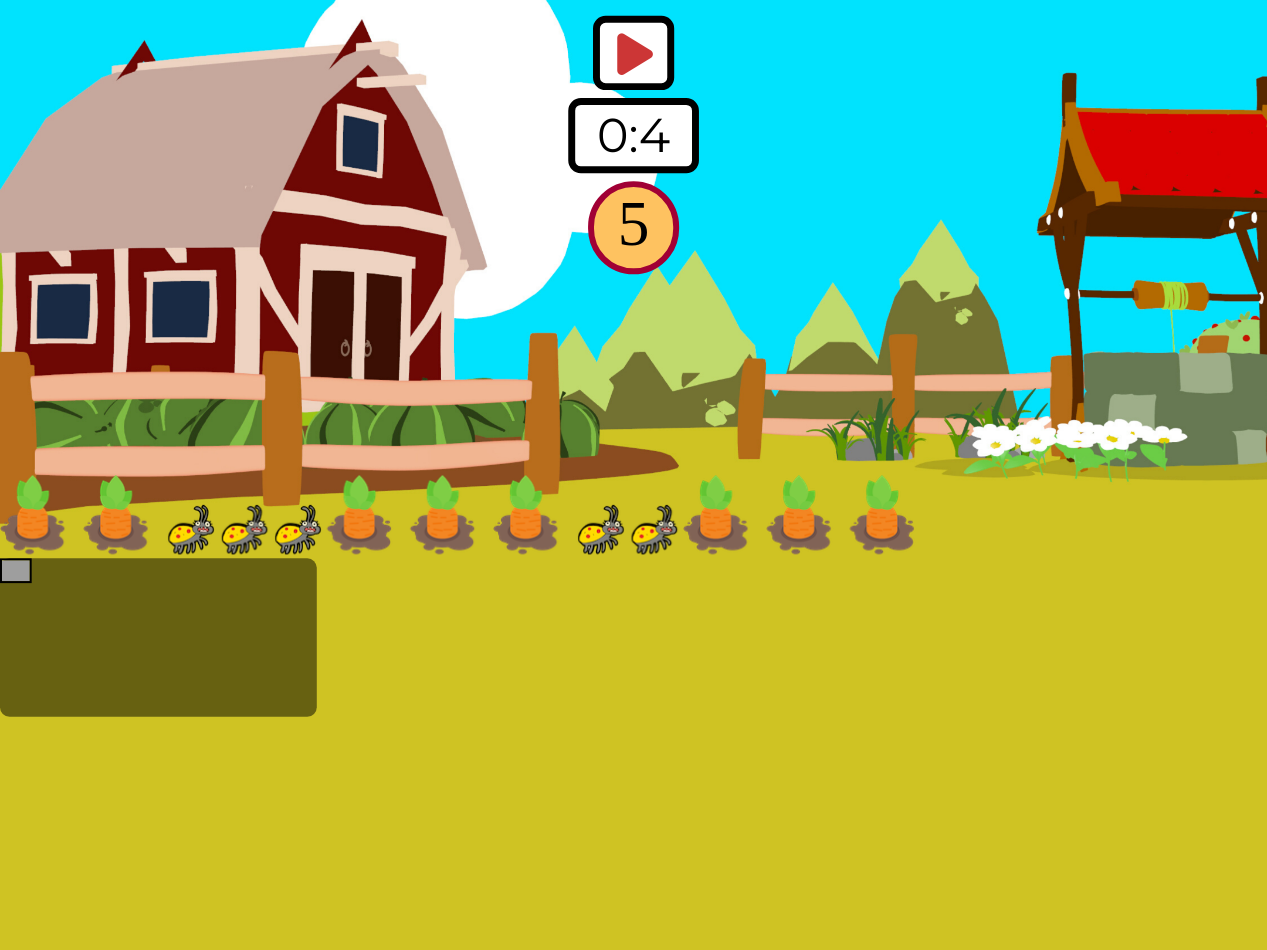
Repository: sephinejo/Mini-carrot-game
Page: index.html
These files come from the project's save history. The page is drawn as it stood at one moment and after the next save; the edit follows.
The browser window is 1280 px wide. The pictures show the whole page, at 99% of full size.
Pictures or frames that could not be fetched are drawn as grey boxes. Some web fonts or font styles are not loaded; a fallback is used. Some web libraries are served in a nearby version.

Above is the page before, as saved 2023-05-14 23:13:29.

After the next save:
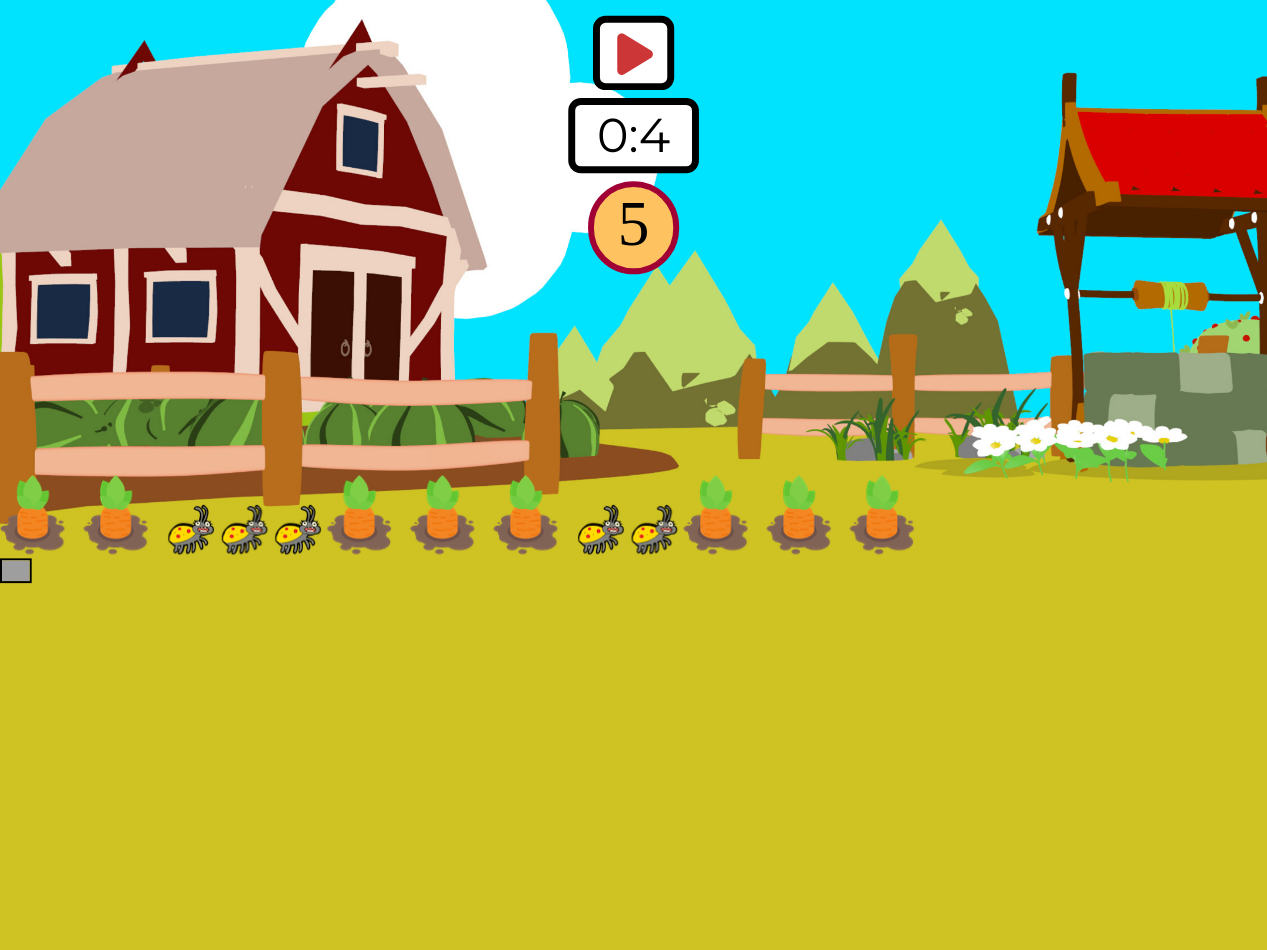
Saved 5 s later.
--- a/index.html
+++ b/index.html
@@ -42,7 +42,7 @@
         <img class="carrot" src="img/carrot.png" alt="carrot" />
         <img class="carrot" src="img/carrot.png" alt="carrot" />
       </div>
-      <div class="info__message">
+      <div class="end__message">
         <img class="replay" src="img/replay.png" alt="replay" />
       </div>
     </div>

After the save that followed:
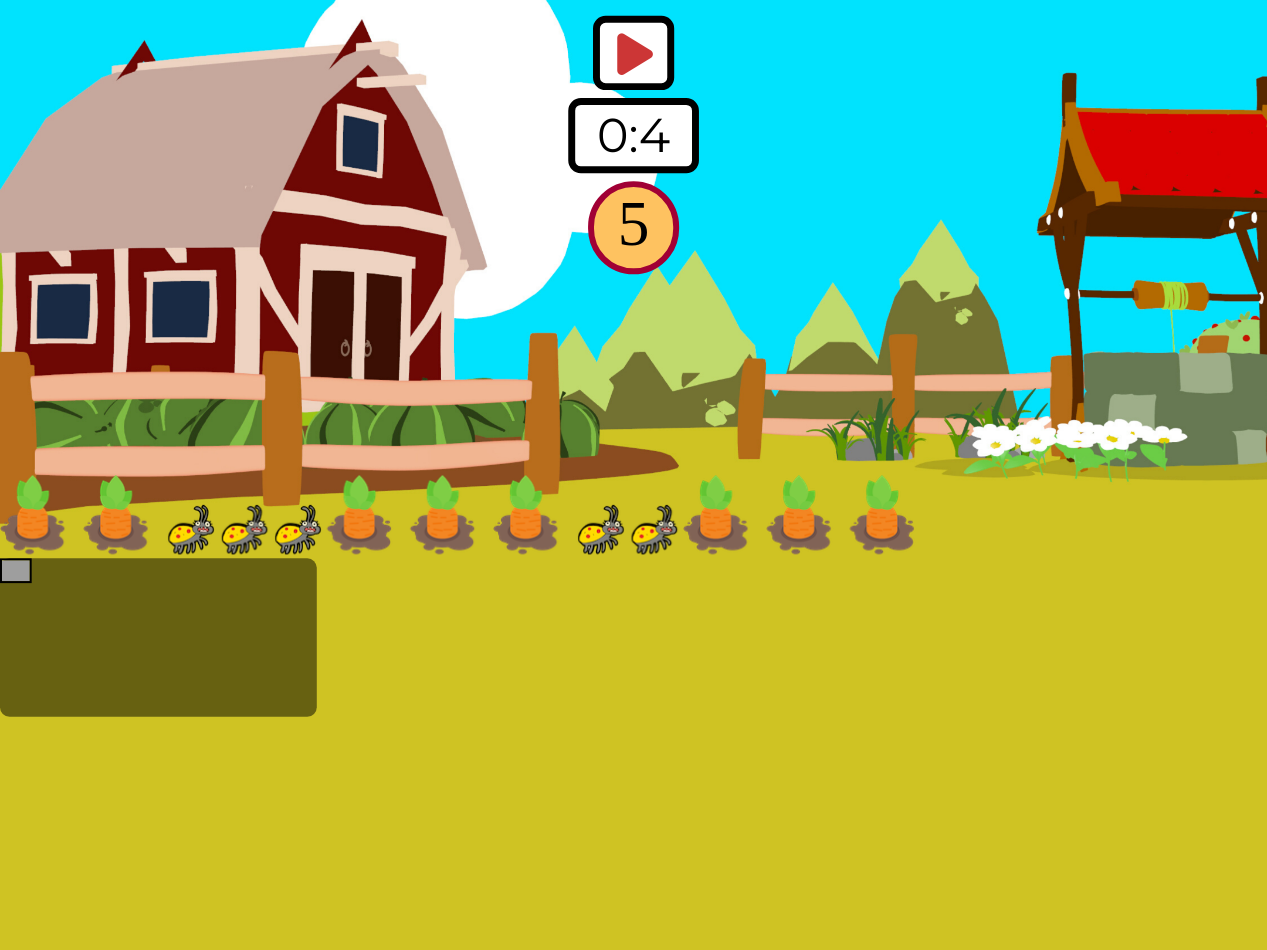
Saved 2 s later.
--- a/style.css
+++ b/style.css
@@ -49,7 +49,7 @@ body {
   padding: 0 1.5rem 0.5rem;
 }
 
-.info__message {
+.end__message {
   width: 20rem;
   height: 10rem;
   background: rgba(0, 0, 0, 0.5);
